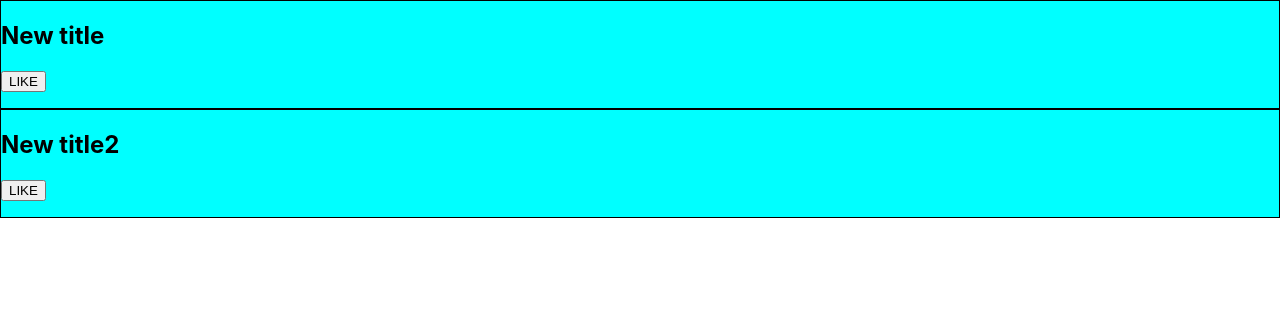
Repository: asapvtec98/egzamin
Page: /
The author's editor kept a copy of each file at every save. The page is drawn from the files as they stood at one save, then again after the next save.
The browser window is 1280 px wide. The pictures show the whole page.
The project was rebuilt for these pictures with package versions that can differ from the ones it lists, and the page was loaded fresh each time.

Above is the page before, as saved 2023-11-13 13:25:53.

After the next save:
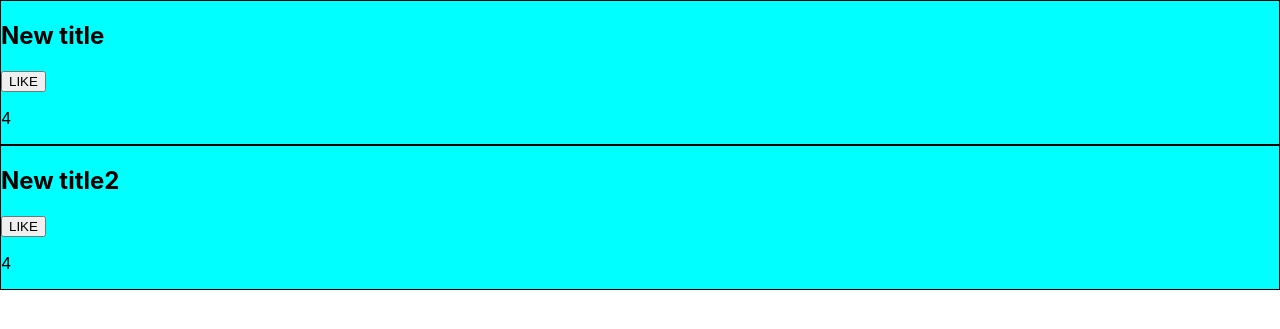
Saved 31 s later.
--- a/src/components/Comment.js
+++ b/src/components/Comment.js
@@ -21,7 +21,7 @@ function Komentarz(props) {
             <button type="button" onClick={() => {
                 handleLikes();
             }}>LIKE</button>
-            <p>{likes}</p>
+            <p>{count}</p>
         </div>
     )
 
